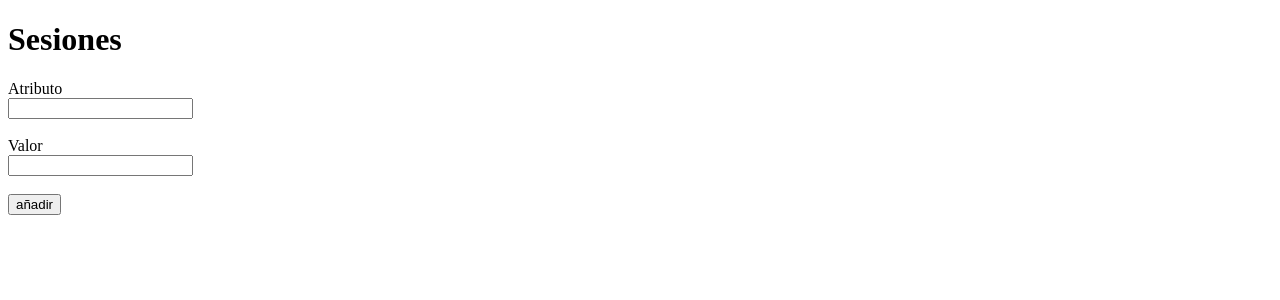
Repository: Jesmv/javaee
Page: Sesiones/WebContent/index.html
An editor plug-in stored every save of this project. The page is shown before and after the next save, followed by the edit.
The browser window is 1280 px wide. The pictures show the whole page.

Above is the page before, as saved 2017-02-16 18:44:18.

After the next save:
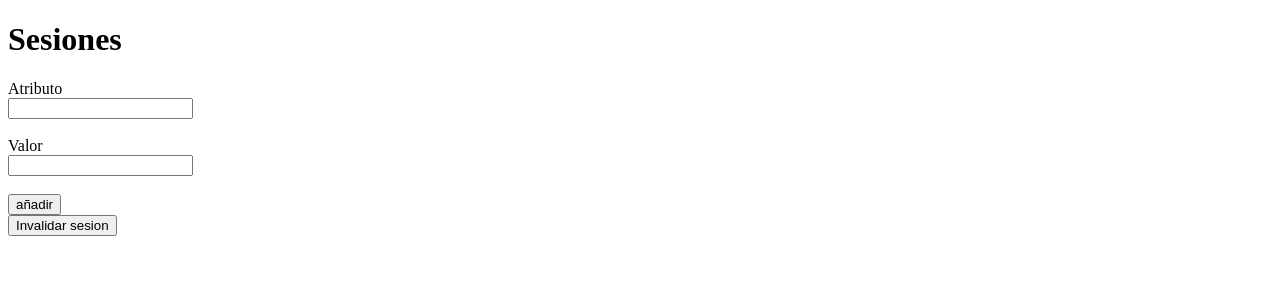
Saved 99 s later.
--- a/Sesiones/WebContent/index.html
+++ b/Sesiones/WebContent/index.html
@@ -13,5 +13,9 @@
 	<input type="text" name="valor"><br><br>
 	<input type="submit" value="añadir">
 </form>
+
+<form action="/Sesion/invalidar">
+	<input type="submit" value="Invalidar sesion">
+</form>
 </body>
 </html>
